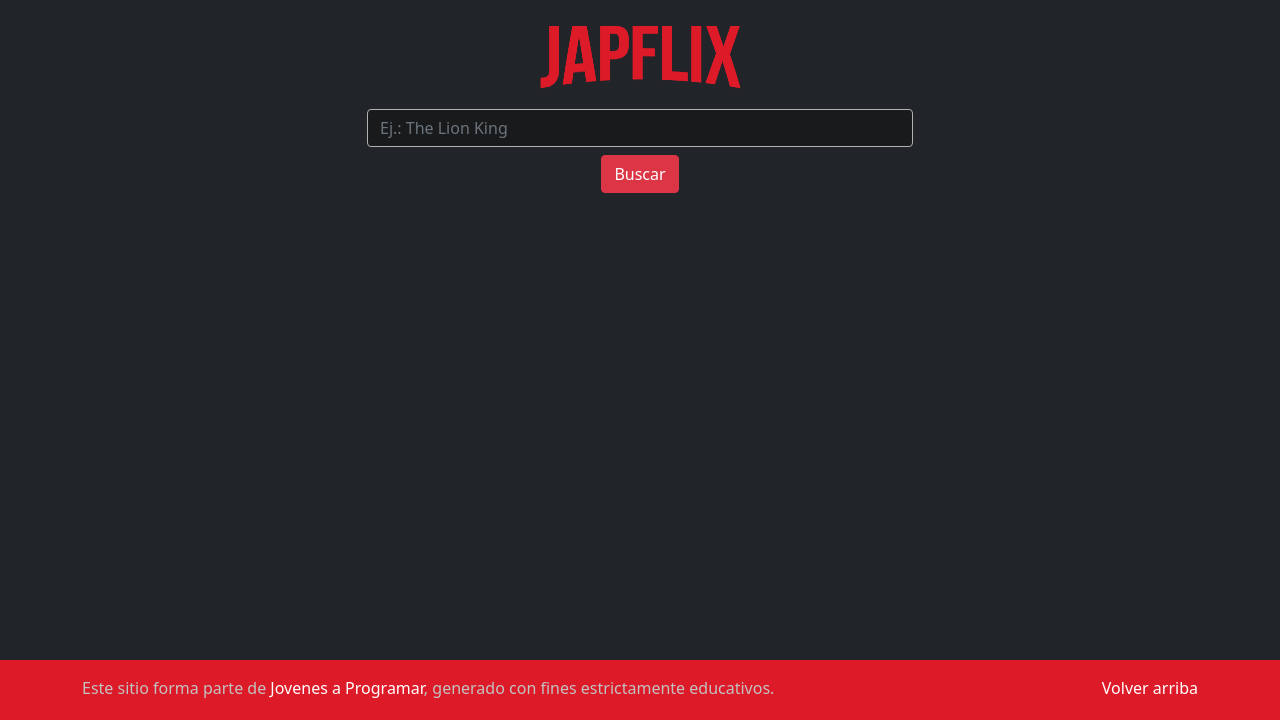
Repository: romancegirl/japflix
Page: index.html
An editor plug-in stored every save of this project. The page is shown before and after the next save, followed by the edit.
The browser window is 1280 px wide. The pictures show the whole page.
The page's requests for data from a server got no answer.

Above is the page before, as saved 2024-10-30 15:29:18.

After the next save:
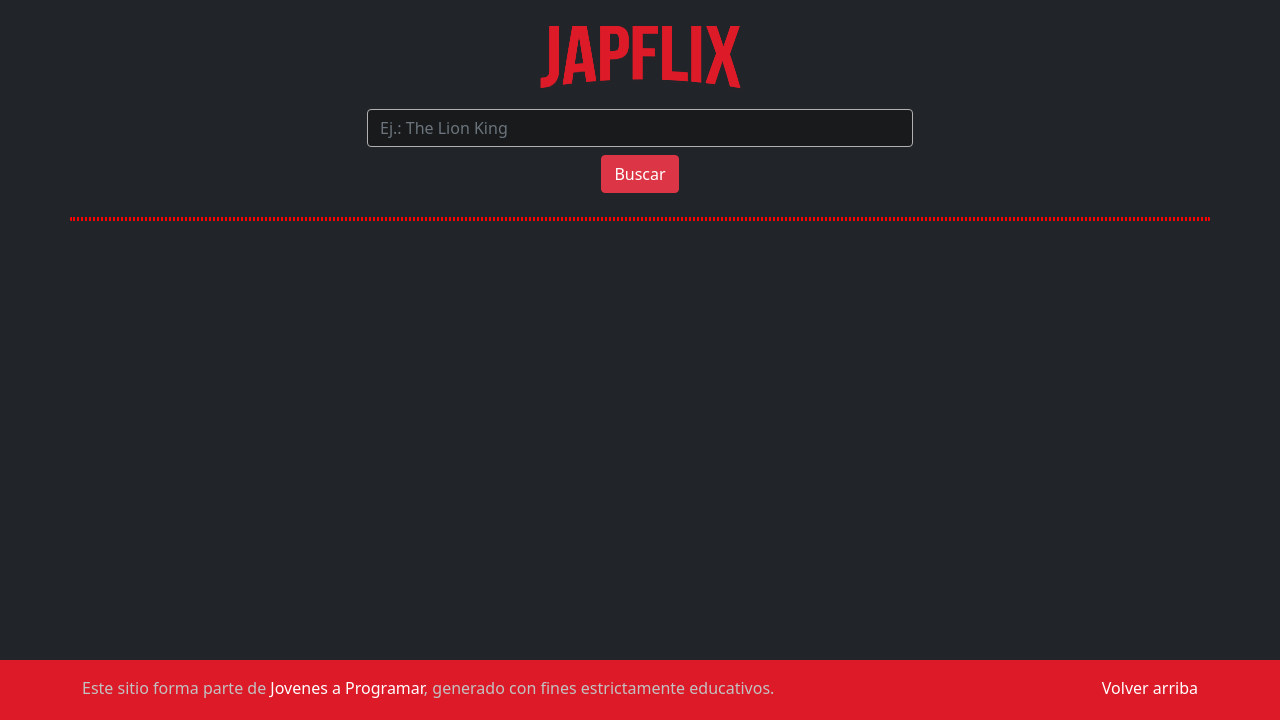
Saved 119 s later.
--- a/css/style.css
+++ b/css/style.css
@@ -113,3 +113,7 @@
     justify-content: center;
     align-items: center;
 }
+
+ul {
+    border: 2px dotted red;
+}

After the 3 saves that followed:
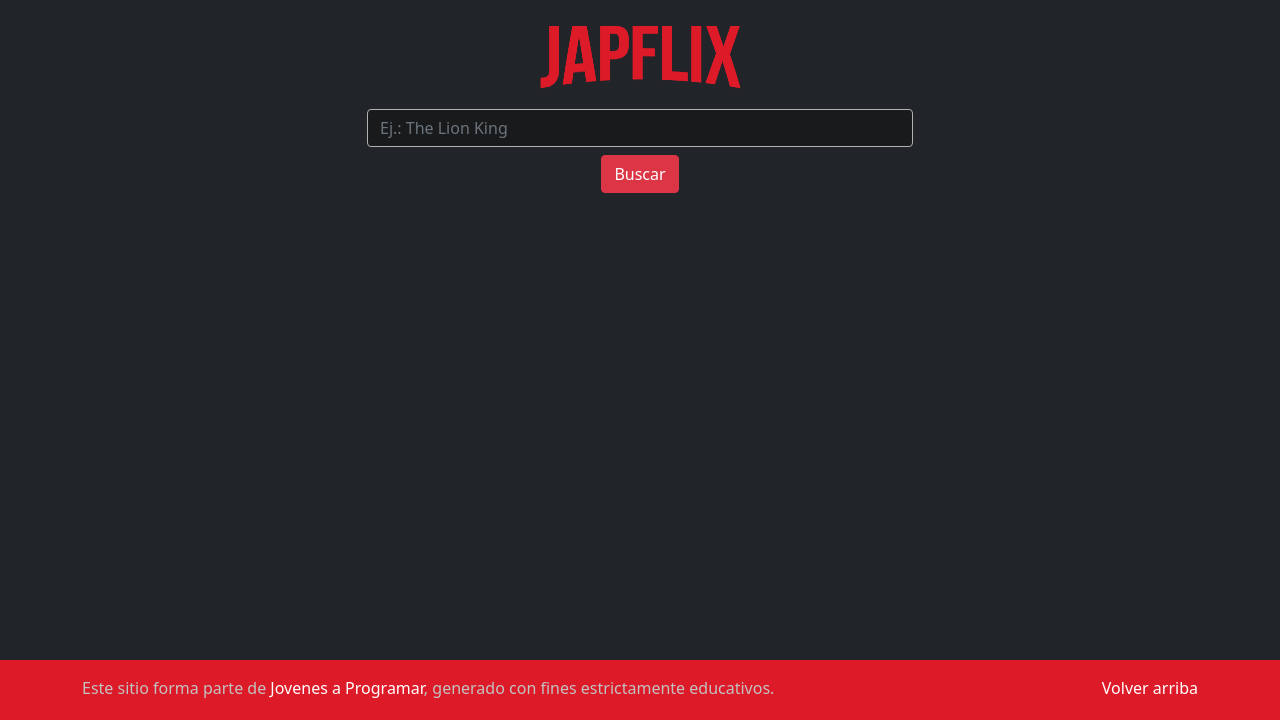
The 3 saves are shown as one change because 2 left the picture as it was.
The last was saved 59 s later.
--- a/index.html
+++ b/index.html
@@ -45,7 +45,7 @@
       <h4 id="movieTitle"></h4>
       <button type="button" class="btn-close btn-close-white" data-bs-dismiss="offcanvas" aria-label="Close"></button>
     </div>
-    <div class="offcanvas-body bg-dark text-bg-dark">
+    <div class="offcanvas-body bg-dark text-bg-dark dots">
       <p id="movieOverview"></p>
       <p><strong>Géneros:</strong> <span id="movieGenres"></span></p>
       <button class="btn btn-danger dropdown-toggle" data-bs-toggle="dropdown" aria-expanded="false" id="btnInfo">Más información</button>
--- a/css/style.css
+++ b/css/style.css
@@ -114,6 +114,6 @@
     align-items: center;
 }
 
-ul {
+.dots {
     border: 2px dotted red;
 }
